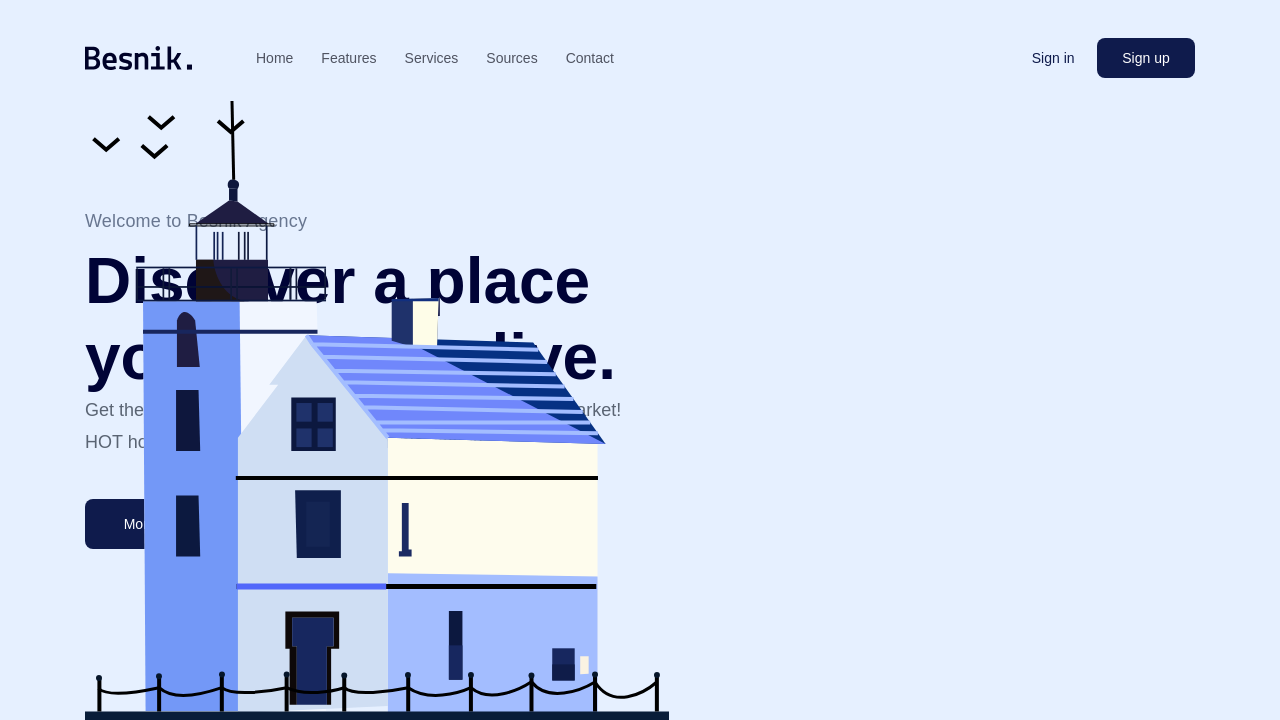
Repository: Daidoichihuy/project-01
Page: index.html
These files come from the project's save history. The page is drawn as it stood at one moment and after the next save; the edit follows.
The browser window is 1280 px wide. The pictures show the whole page.

Above is the page before, as saved 2024-04-28 12:16:54.

### index.html
<!DOCTYPE html>
<html lang="en">
  <head>
    <meta charset="UTF-8" />
    <meta name="viewport" content="width=device-width, initial-scale=1.0" />
    <title>Project_01</title>
    <link rel="stylesheet" href="./assets/css/reset.css" />
    <link rel="stylesheet" href="./assets/fonts/stylefont.css" />
    <link rel="stylesheet" href="./assets/css/style.css" />
  </head>
  <body>
    <main>
      <header class="header">
        <div class="content">
          <nav class="navbar">
            <!-- LOGO -->
            <img src="./assets/imgs/Logo.svg" alt="Besnik." />
            <!-- NAVIGATION -->
            <ul>
              <li><a href="#!">Home</a></li>
              <li><a href="#!">Features</a></li>
              <li><a href="#!">Services</a></li>
              <li><a href="#!">Sources</a></li>
              <li><a href="#!">Contact</a></li>
            </ul>
            <!-- ACTIVE -->
            <div class="action">
              <a href="#!" class="action-link">Sign in</a>
              <a href="#!" class="btn action-btn">Sign up</a>
            </div>
          </nav>
          <div class="hero">
            <div class="info">
              <p class="sub-title">Welcome to Besnik Agency</p>
              <h1 class="title">Discover a place you'll love to live.</h1>
              <p class="des">
                Get the best real estate deals first, before they hit the mass
                market! HOT hot foreclosure deals with one simple search.
              </p>
              <a href="#!" class="btn hero-cta">More About Us</a>
            </div>
            <img
              src="./assets/imgs/Group 439.svg"
              alt="Discover a place you'll love to live"
              class="hero-img"
            />
          </div>
        </div>
      </header>
    </main>
  </body>
</html>

### assets/fonts/stylefont.css
@font-face {
  font-family: "DVN-Poppins";
  src: url("poppins/DVNPoppins-Regular.woff2") format("woff2"),
    url("poppins/DVNPoppins-Regular.woff") format("woff");
  font-weight: normal;
  font-style: normal;
  font-display: swap;
}

@font-face {
  font-family: "DVN-Poppins ExtBd";
  src: url("poppins/DVNPoppins-ExtraBold.woff2") format("woff2"),
    url("poppins/DVNPoppins-ExtraBold.woff") format("woff");
  font-weight: bold;
  font-style: normal;
  font-display: swap;
}

### assets/css/style.css
* {
  box-sizing: border-box;
}

:root {
  --primary-color: #0f1b4c;
}

html {
  font-size: 62.5%;
}

body {
  font-size: 1.6rem;
  font-family: "poppins", sans-serif;
}

/* COMMON */
.content {
  width: 1110px;
  max-width: calc(100% - 48px);
  margin-left: auto;
  margin-right: auto;
}

a {
  text-decoration: none;
}

.btn {
  display: inline-block;
  min-width: 98px;
  padding: 18px 16px;
  border-radius: 8px;
  background: var(--primary-color);
  color: #fff;
  text-align: center;
  font-size: 1.4rem;
  font-weight: 500;
}

/* HEADER*/
.header {
  position: relative;
  background: #e6f0ff;
  height: 100vh;
}

.navbar {
  display: flex;
  align-items: center;
  padding-top: 38px;
}

.navbar ul {
  display: flex;
  margin-left: 50px;
}

.navbar ul li a {
  font-weight: 500;
  font-size: 1.4rem;
  color: #4f5361;
  padding: 8px 14px;
}
.navbar .action {
  margin-left: auto;
}

.navbar .action-link {
  font-size: 1.4rem;
  font-weight: 500;
  color: var(--primary-color);
}

.navbar .action-btn {
  padding: 13px 16px;
  margin-left: 18px;
}

/* HERO */
.hero {
  margin-top: 130px;
}

.hero .info {
  width: 51%;
}
.hero .sub-title {
  color: #687690;
  font-size: 1.8rem;
  line-height: 1.5;
  font-weight: 500;
  letter-spacing: 0.18px;
}

.hero .title {
  color: #000336;
  font-size: 6.4rem;
  font-weight: 700;
  line-height: 1.19;
  margin-top: 8px;
}

.hero .des {
  color: #5a6473;
  font-size: 1.8rem;
  font-weight: 400;
  line-height: 177.778%;
}
.hero-cta {
  min-width: 170px;
  margin-top: 40px;
}

.hero-img {
  position: absolute;
  right: calc((100vw - 1110) / 2);
  bottom: 0;
}

Loaded but not shown: assets/css/reset.css (common file)

After the next save:
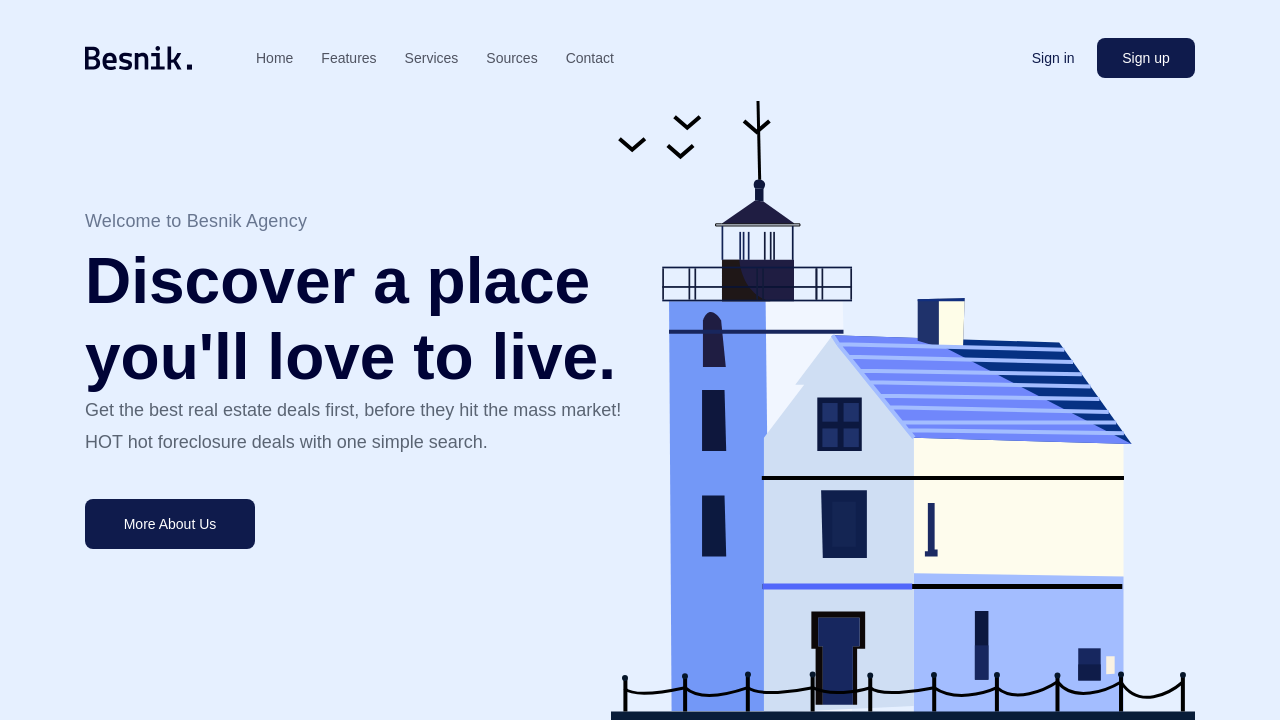
Saved 42 s later.
--- a/assets/css/style.css
+++ b/assets/css/style.css
@@ -115,6 +115,6 @@
 
 .hero-img {
   position: absolute;
-  right: calc((100vw - 1110) / 2);
+  right: calc((100vw - 1110px) / 2);
   bottom: 0;
 }
